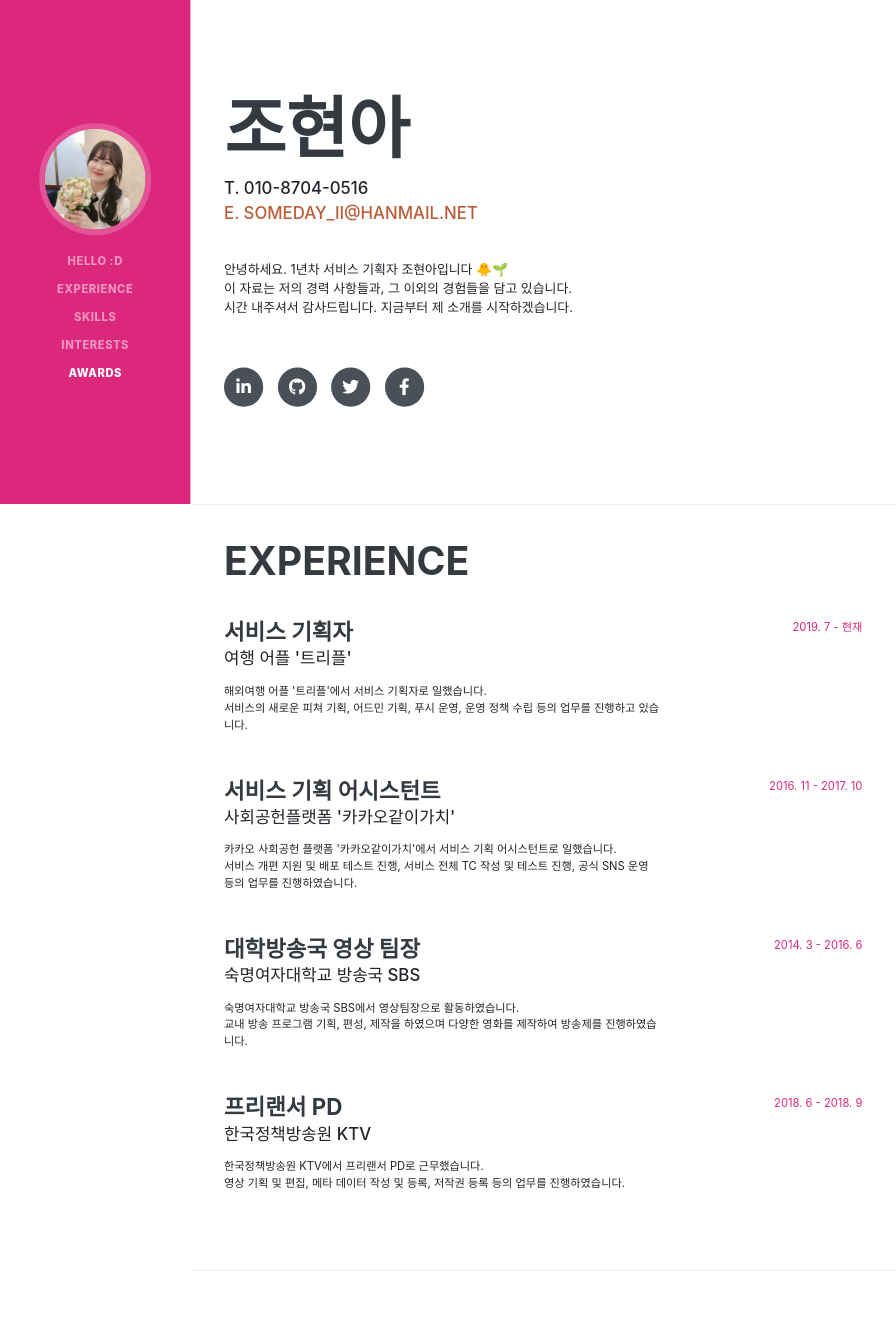
Repository: hyunah-aha/hyunah-aha
Page: Resume/index.html
The author's editor kept a record of every edit. The page is drawn from the files as they stood at one moment, then again after the next edit.
The browser window is 1280 px wide. The pictures show the part of the page from y = 0 to 1920 px (the page is 4823 px tall), at 70% of full size.
A picture or video elsewhere on the page could not be fetched, so the positions and the page height are approximate. Some web fonts or font styles are not loaded; a fallback is used.

Above is the page before.

After the next edit:
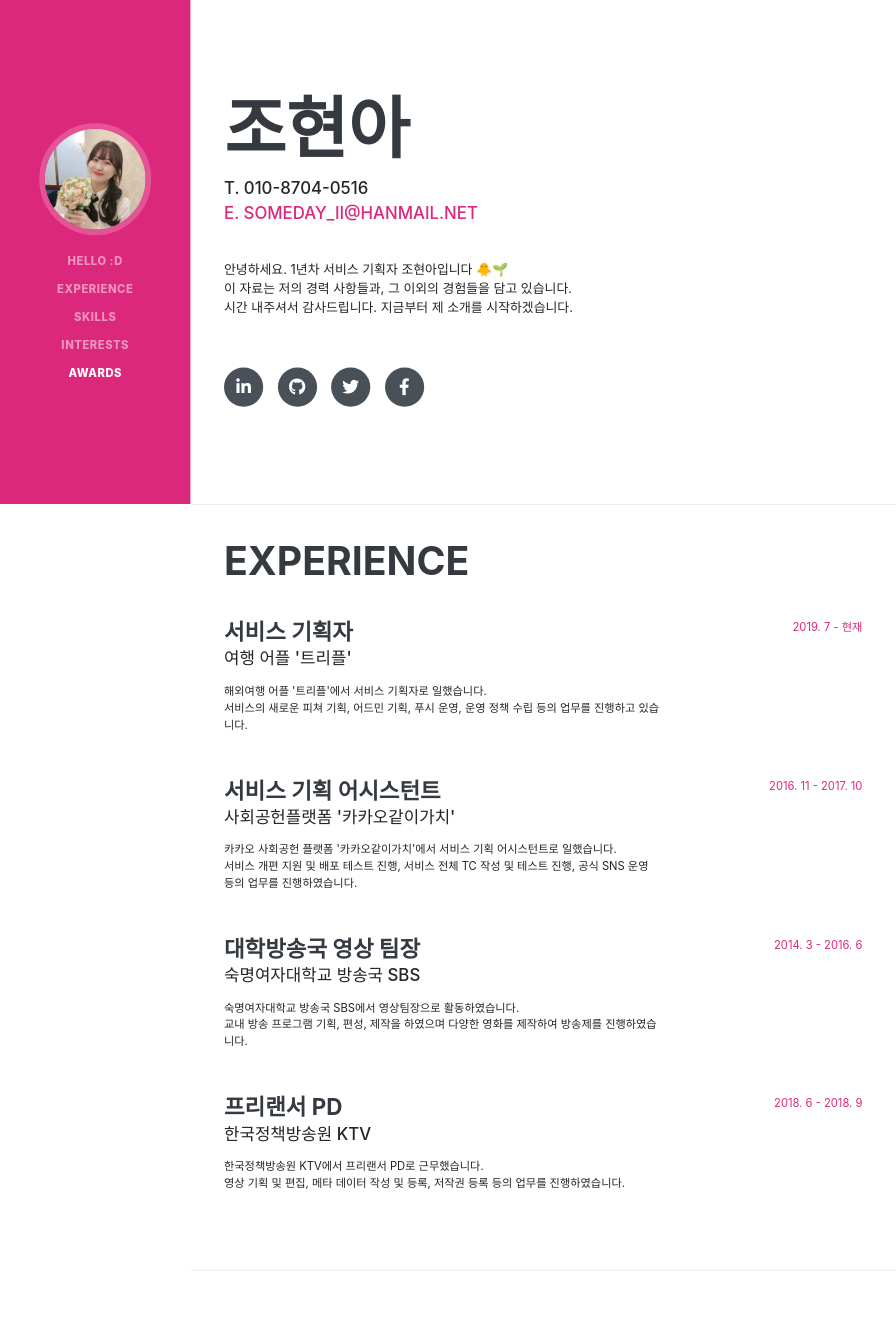
The edit:
--- a/Resume/css/resume.css
+++ b/Resume/css/resume.css
@@ -169,7 +169,7 @@
 }
 
 a {
-  color: #BD5D38;
+  color: #dc287c;
 }
 
 a:hover, a:focus, a:active {
